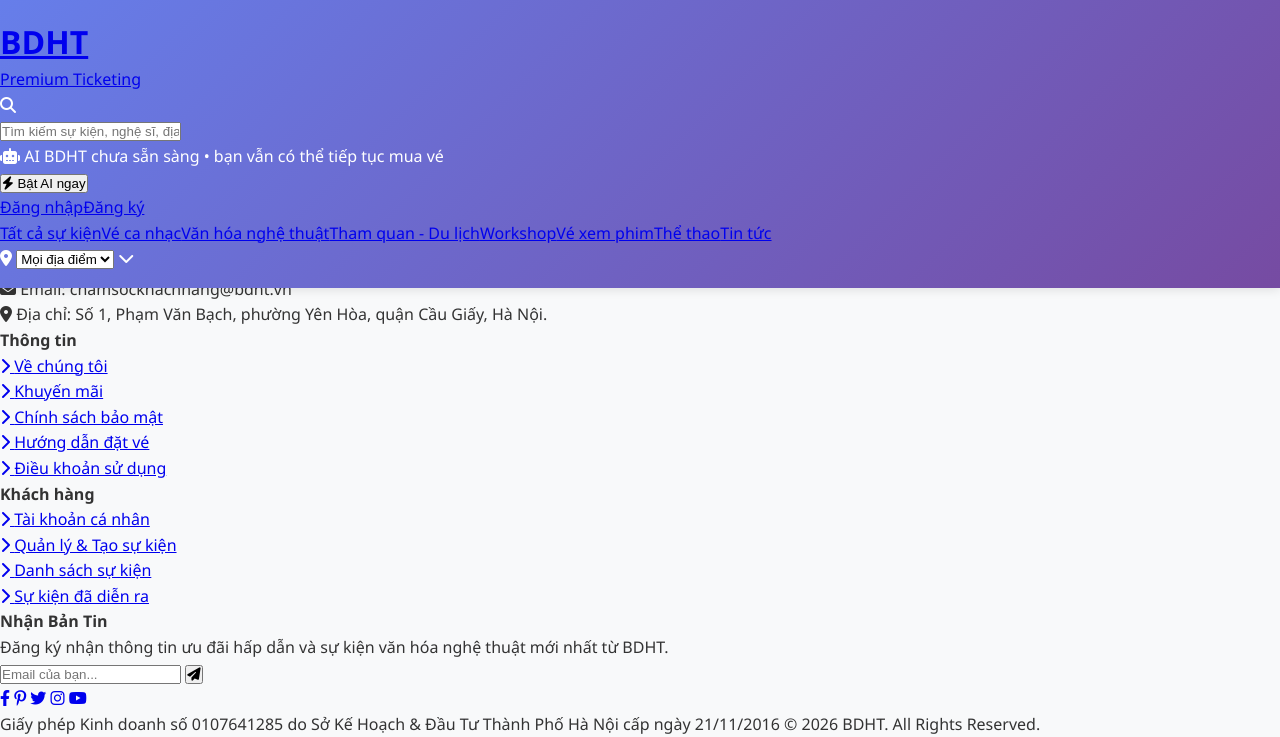
Repository: K23CNT1-TranTheBinh/K23CNT1_TranTheBinh_Project4_2310900012
Page: EventTicket_BDHT_Project/frontend-web/pages/user/info.html
These files come from the project's save history. The page is drawn as it stood at one moment and after the next save; the edit follows.
The browser window is 1280 px wide. The pictures show the whole page.
The page's requests for data from a server got no answer. Some web libraries are served in a nearby version.

Above is the page before, as saved 2026-05-24 17:30:09.

### EventTicket_BDHT_Project/frontend-web/pages/user/info.html
<!DOCTYPE html>
<html lang="vi">
<head>
    <meta charset="UTF-8">
    <meta name="viewport" content="width=device-width, initial-scale=1.0">
    <title>BDHT - Thông tin</title>
    <link rel="stylesheet" href="../../assets/css/style.css">
    <link rel="stylesheet" href="https://cdnjs.cloudflare.com/ajax/libs/font-awesome/6.4.0/css/all.min.css">
</head>
<body>
    <div id="header-container"></div>
    <main class="container" style="padding: 40px 0;">
        <section class="info-section">
            <h1 id="info-title">Thông tin BDHT</h1>
            <div id="info-content" style="margin-top: 24px; line-height: 1.8; color: #333;"></div>
        </section>
    </main>
    <div id="footer-container"></div>

    <script src="../../assets/js/core/api-client.js"></script>
    <script>
        document.addEventListener('DOMContentLoaded', function() {
            window.pageUtils.loadHeader();
            window.pageUtils.loadFooter();
            renderInfoPage();
        });

        function getQueryParam(name) {
            return new URLSearchParams(window.location.search).get(name);
        }

        function renderInfoPage() {
            const topic = getQueryParam('topic') || 'about';
            const infoTitle = document.getElementById('info-title');
            const infoContent = document.getElementById('info-content');

            const pages = {
                about: {
                    title: 'Về chúng tôi',
                    content: '<p>BDHT là nền tảng đặt vé sự kiện trực tuyến hàng đầu, cung cấp vé ca nhạc, thể thao, giải trí và du lịch với trải nghiệm nhanh chóng, an toàn và tiện lợi.</p><p>Chúng tôi luôn nỗ lực mang tới các chương trình hấp dẫn và dịch vụ chăm sóc khách hàng tận tâm.</p>'
                },
                privacy: {
                    title: 'Chính sách bảo mật và các điều khoản',
                    content: '<p>Chúng tôi cam kết bảo mật thông tin cá nhân của khách hàng và chỉ sử dụng dữ liệu để phục vụ dịch vụ đặt vé.</p><p>Thông tin của bạn sẽ không được chia sẻ cho bên thứ ba khi chưa có sự đồng ý.</p>'
                },
                'how-to-book': {
                    title: 'Hướng dẫn đặt vé',
                    content: '<ol><li>Chọn sự kiện yêu thích.</li><li>Chọn loại vé và số lượng.</li><li>Hoàn tất thanh toán và nhận mã vé qua email.</li></ol>'
                },
                faq: {
                    title: 'Các câu hỏi thường gặp',
                    content: '<p><strong>Q:</strong> Tôi có thể đổi trả vé không?<br><strong>A:</strong> Vé đã mua thường không đổi trả trừ khi có thông báo khác từ nhà tổ chức.</p><p><strong>Q:</strong> Làm sao nhận được vé?<br><strong>A:</strong> Vé sẽ được gửi qua email hoặc mã QR hiển thị trong app.</p>'
                },
                terms: {
                    title: 'Chính sách điều khoản sử dụng',
                    content: '<p>Việc sử dụng dịch vụ BDHT đồng nghĩa với việc bạn đồng ý tuân thủ các điều khoản và điều kiện của chúng tôi.</p><p>Xin vui lòng đọc kỹ trước khi đặt vé.</p>'
                },
                'submit-event': {
                    title: 'Gửi sự kiện',
                    content: '<p>Nếu bạn là nhà tổ chức và muốn hợp tác, hãy gửi thông tin sự kiện cho BDHT để được hỗ trợ triển khai bán vé.</p>'
                },
                'past-events': {
                    title: 'Sự kiện đã diễn ra',
                    content: '<p>Danh sách các sự kiện đã kết thúc. Thông tin vé và hình ảnh sự kiện sẽ được lưu trữ để bạn tham khảo.</p>'
                }
            };

            const page = pages[topic] || pages.about;
            infoTitle.innerText = page.title;
            infoContent.innerHTML = page.content;
        }
    </script>
</body>
</html>

### EventTicket_BDHT_Project/frontend-web/assets/css/style.css
/* EventTicket Frontend Styles */

/* Reset and Base Styles */
* {
    margin: 0;
    padding: 0;
    box-sizing: border-box;
}

body {
    font-family: 'Segoe UI', Tahoma, Geneva, Verdana, sans-serif;
    line-height: 1.6;
    color: #333;
    background-color: #f8f9fa;
}

header {
    background: linear-gradient(135deg, #667eea 0%, #764ba2 100%);
    color: white;
    padding: 1rem 0;
    position: fixed;
    width: 100%;
    top: 0;
    z-index: 1000;
    box-shadow: 0 2px 10px rgba(0,0,0,0.1);
}

main {
    margin-top: 80px;
    padding: 2rem;
    max-width: 1200px;
    margin-left: auto;
    margin-right: auto;
}

.container {
    max-width: 1200px;
    margin: 0 auto;
    padding: 0 1rem;
}

.btn {
    background: #667eea;
    color: white;
    padding: 0.75rem 1.5rem;
    border: none;
    border-radius: 5px;
    cursor: pointer;
    font-size: 1rem;
    transition: background 0.3s;
}

.btn:hover {
    background: #5a67d8;
}

.btn-danger {
    background: #e53e3e;
}

.btn-danger:hover {
    background: #c53030;
}

.card {
    background: white;
    border-radius: 10px;
    box-shadow: 0 4px 6px rgba(0,0,0,0.1);
    padding: 1.5rem;
    margin-bottom: 1.5rem;
}

.event-card {
    display: flex;
    gap: 1.5rem;
    margin-bottom: 2rem;
    padding: 1.5rem;
    border-radius: 10px;
    background: white;
    box-shadow: 0 4px 12px rgba(0,0,0,0.1);
    transition: transform 0.3s, box-shadow 0.3s;
}

.event-card:hover {
    transform: translateY(-5px);
    box-shadow: 0 8px 25px rgba(0,0,0,0.15);
}

/* Responsive */
@media (max-width: 768px) {
    .event-card {
        flex-direction: column;
    }

    main {
        padding: 1rem;
    }
}

/* Loading Spinner */
.loading {
    display: inline-block;
    width: 20px;
    height: 20px;
    border: 3px solid #f3f3f3;
    border-top: 3px solid #667eea;
    border-radius: 50%;
    animation: spin 1s linear infinite;
}

@keyframes spin {
    0% { transform: rotate(0deg); }
    100% { transform: rotate(360deg); }
}

### EventTicket_BDHT_Project/frontend-web/components/header.html
<!-- Header Component -->
<header class="w-full">
    <!-- Top Bar -->
    <div class="max-w-7xl mx-auto px-6 h-20 flex items-center justify-between gap-8">

        <!-- Logo -->
        <a href="pages/index.html" class="flex flex-col flex-shrink-0 group">
            <h1
                class="text-2xl font-extrabold text-gray-900 tracking-tight group-hover:text-brand-purple transition-colors">
                BDHT</h1>
            <p class="text-[9px] font-bold text-gray-400 uppercase tracking-widest mt-0.5" data-i18n="header.subtitle">
                Premium Ticketing</p>
        </a>

        <!-- Search -->
        <div class="hidden md:flex flex-1 max-w-xl">
            <div class="relative w-full group">
                <div class="absolute inset-y-0 left-0 pl-4 flex items-center pointer-events-none">
                    <i class="fas fa-search text-gray-400 group-focus-within:text-brand-purple transition-colors"></i>
                </div>
                <input id="header-search-keyword" type="text" placeholder="Tìm kiếm sự kiện, nghệ sĩ, địa điểm..." data-i18n="header.search_placeholder"
                    class="w-full pl-10 pr-4 py-2.5 bg-gray-50 border border-transparent rounded-full text-sm font-medium text-gray-900 focus:bg-white focus:border-gray-200 focus:ring-4 focus:ring-gray-100 outline-none transition-all duration-300">
            </div>
        </div>

        <!-- User Actions & Language -->
        <div class="flex items-center gap-6">
            <div class="hidden md:block">
                <div class="ai-status-shell rounded-full bg-gradient-to-r from-amber-200 via-orange-200 to-rose-200 p-[1px] shadow-[0_0_24px_rgba(251,191,36,0.32)] transition-all duration-300">
                    <div id="header-ai-status-pill"
                        class="hidden md:flex items-center gap-3 rounded-full border border-amber-200 bg-amber-50 px-3 py-1.5 text-[11px] font-bold text-amber-700 shadow-sm whitespace-nowrap">
                        <div class="flex items-center gap-2">
                            <span id="header-ai-status-dot" class="inline-block h-2 w-2 rounded-full bg-amber-500 animate-pulse"></span>
                            <span class="inline-flex items-center gap-1.5">
                                <i class="fas fa-robot text-[10px]"></i>
                                <span id="header-ai-status-text">Đang kiểm tra trợ lý AI...</span>
                            </span>
                        </div>
                        <button id="header-ai-cta" type="button"
                            class="hidden group items-center gap-1 rounded-full bg-gradient-to-r from-amber-400 via-orange-400 to-rose-400 px-2.5 py-1 text-[10px] font-bold text-slate-950 shadow-[0_8px_20px_rgba(249,115,22,0.28)] transition-all duration-300 hover:scale-105 hover:-translate-y-0.5">
                            <span class="inline-flex h-4 w-4 items-center justify-center rounded-full bg-slate-950/10">
                                <i class="fas fa-bolt text-[9px]"></i>
                            </span>
                            <span>Bật AI ngay</span>
                        </button>
                    </div>
                </div>
            </div>

            <div class="w-px h-6 bg-gray-200"></div>

            <!-- Auth Buttons -->
            <div id="guest-menu" class="flex items-center gap-3">
                <a href="pages/user/login.html" data-i18n="header.login"
                    class="text-sm font-bold text-gray-600 hover:text-gray-900 transition-colors px-2">Đăng nhập</a>
                <a href="pages/user/register.html" data-i18n="header.register"
                    class="bg-gray-900 hover:bg-brand-purple text-white text-sm font-bold px-5 py-2.5 rounded-full transition-all duration-300 hover:shadow-lg hover:-translate-y-0.5 active:translate-y-0">Đăng
                    ký</a>
            </div>

            <!-- User Menu (Hidden by default) -->
            <div id="user-menu" style="display: none;" class="relative items-center gap-3">
                <button type="button" id="user-dropdown-trigger"
                    class="flex items-center gap-3 outline-none border-none bg-transparent cursor-pointer group">
                    <span id="header-user-display-name"
                        class="text-sm font-bold text-gray-700 leading-tight group-hover:text-brand-purple transition-colors">User
                        Name</span>
                    <div id="header-user-avatar-char"
                        class="w-10 h-10 rounded-full bg-gradient-to-r from-brand-purple to-indigo-500 text-white font-extrabold text-sm flex items-center justify-center shadow-md group-hover:shadow-lg transition-all">
                        U
                    </div>
                    <i
                        class="fas fa-chevron-down text-[10px] text-gray-400 group-hover:text-brand-purple transition-colors"></i>
                </button>

                <!-- Dropdown Menu -->
                <div id="user-dropdown-menu"
                    class="hidden absolute right-0 top-12 w-56 bg-white border border-gray-100 rounded-2xl shadow-[0_10px_40px_rgba(0,0,0,0.08)] z-[100] py-2 flex flex-col overflow-hidden">
                    <a href="pages/user/profile.html"
                        class="px-5 py-3 text-sm font-bold text-gray-600 hover:bg-gray-50 hover:text-brand-purple transition-colors flex items-center gap-3">
                        <i class="far fa-user w-5 text-center text-gray-400"></i> <span data-i18n="header.profile">Hồ sơ
                            cá nhân</span>
                    </a>
                    <a href="pages/user/dashboard.html"
                        class="px-5 py-3 text-sm font-bold text-gray-600 hover:bg-gray-50 hover:text-brand-purple transition-colors flex items-center gap-3">
                        <i class="fas fa-ticket-alt w-5 text-center text-gray-400"></i> <span
                            data-i18n="header.my_events">Sự kiện của bạn</span>
                    </a>
                    <div class="h-px bg-gray-100 my-1 mx-3"></div>
                    <a href="javascript:void(0);" id="btn-logout"
                        class="px-5 py-3 text-sm font-bold text-red-500 hover:bg-red-50 transition-colors flex items-center gap-3">
                        <i class="fas fa-sign-out-alt w-5 text-center"></i> <span data-i18n="header.logout">Đăng
                            xuất</span>
                    </a>
                </div>
            </div>

        </div>
    </div>

    <!-- Navigation Bar -->
    <div class="bg-brand-purple w-full border-t border-purple-800/30">
        <div class="max-w-7xl mx-auto px-6 h-14 flex items-center justify-between">
            <div id="header-category-nav" class="flex items-center gap-8 overflow-x-auto scrollbar-hide">
                <span class="text-sm font-bold text-white/90">Đang tải danh mục...</span>
            </div>

            <div class="hidden lg:flex items-center gap-2 bg-white/10 px-4 py-1.5 rounded-full border border-white/20">
                <i class="fas fa-map-marker-alt text-white/70 text-xs"></i>
                <select id="header-location-filter"
                    class="bg-transparent text-white text-xs font-bold outline-none border-none cursor-pointer appearance-none pr-4 relative">
                    <option value="">Mọi địa điểm</option>
                </select>
                <i class="fas fa-chevron-down text-white/50 text-[10px] absolute right-4 pointer-events-none"></i>
            </div>
        </div>
    </div>
</header>

### EventTicket_BDHT_Project/frontend-web/components/footer.html
<footer class="bg-[#18182E] text-slate-350 border-t border-slate-800/80 pt-16 pb-8 transition-colors">
    <div class="max-w-7xl mx-auto px-6">
        <!-- 4-Column Grid Structure -->
        <div class="grid grid-cols-1 md:grid-cols-4 gap-8 md:gap-12 pb-12">

            <!-- Column 1: Liên Hệ Hợp Tác -->
            <div class="flex flex-col gap-4">
                <h4 class="text-xs font-black uppercase text-brand-orange tracking-widest border-b border-slate-800 pb-2" data-i18n="footer.col_contact_title">
                    Liên Hệ Hợp Tác
                </h4>
                <ul class="flex flex-col gap-2.5 text-xs text-slate-300 font-medium">
                    <li class="flex items-start gap-2">
                        <i class="fas fa-phone-alt text-brand-orange mt-0.5"></i>
                        <span data-i18n="footer.phone">Điện thoại: 0243.788.00.99 (8:30 - 17:00)</span>
                    </li>
                    <li class="flex items-start gap-2">
                        <i class="fas fa-headset text-brand-orange mt-0.5"></i>
                        <span data-i18n="footer.hotline">Hotline: 08.999.80.818</span>
                    </li>
                    <li class="flex items-start gap-2">
                        <i class="fas fa-envelope text-brand-orange mt-0.5"></i>
                        <span class="hover:text-brand-orange transition cursor-pointer" data-i18n="footer.email">Email: chamsockhachhang@bdht.vn</span>
                    </li>
                    <li class="flex items-start gap-2">
                        <i class="fas fa-map-marker-alt text-brand-orange mt-0.5"></i>
                        <span class="leading-relaxed" data-i18n="footer.address">Địa chỉ: Số 1, Phạm Văn Bạch, phường Yên Hòa, quận Cầu Giấy, Hà Nội.</span>
                    </li>
                </ul>
            </div>

            <!-- Column 2: Thông tin -->
            <div class="flex flex-col gap-4">
                <h4 class="text-xs font-black uppercase text-brand-orange tracking-widest border-b border-slate-800 pb-2" data-i18n="footer.col_info_title">
                    Thông tin
                </h4>
                <ul class="flex flex-col gap-2.5 text-xs font-medium text-slate-300">
                    <li>
                        <a href="pages/user/info.html?topic=about" class="hover:text-brand-orange transition-all duration-250 flex items-center gap-1.5 group">
                            <i class="fas fa-chevron-right text-[8px] text-slate-600 group-hover:text-brand-orange transition-colors"></i>
                            <span data-i18n="footer.info_about">Về chúng tôi</span>
                        </a>
                    </li>
                    <li>
                        <a href="pages/user/promotion.html" class="hover:text-brand-orange transition-all duration-250 flex items-center gap-1.5 group">
                            <i class="fas fa-chevron-right text-[8px] text-slate-600 group-hover:text-brand-orange transition-colors"></i>
                            <span data-i18n="footer.info_promo">Khuyến mãi</span>
                        </a>
                    </li>
                    <li>
                        <a href="pages/user/info.html?topic=privacy" class="hover:text-brand-orange transition-all duration-250 flex items-center gap-1.5 group">
                            <i class="fas fa-chevron-right text-[8px] text-slate-600 group-hover:text-brand-orange transition-colors"></i>
                            <span data-i18n="footer.info_privacy">Chính sách bảo mật</span>
                        </a>
                    </li>
                    <li>
                        <a href="pages/user/info.html?topic=how-to-book" class="hover:text-brand-orange transition-all duration-250 flex items-center gap-1.5 group">
                            <i class="fas fa-chevron-right text-[8px] text-slate-600 group-hover:text-brand-orange transition-colors"></i>
                            <span data-i18n="footer.info_guide">Hướng dẫn đặt vé</span>
                        </a>
                    </li>
                    <li>
                        <a href="pages/user/info.html?topic=terms" class="hover:text-brand-orange transition-all duration-250 flex items-center gap-1.5 group">
                            <i class="fas fa-chevron-right text-[8px] text-slate-600 group-hover:text-brand-orange transition-colors"></i>
                            <span data-i18n="footer.info_terms">Điều khoản sử dụng</span>
                        </a>
                    </li>
                </ul>
            </div>

            <!-- Column 3: Khách hàng -->
            <div class="flex flex-col gap-4">
                <h4 class="text-xs font-black uppercase text-brand-orange tracking-widest border-b border-slate-800 pb-2" data-i18n="footer.col_customer_title">
                    Khách hàng
                </h4>
                <ul class="flex flex-col gap-2.5 text-xs font-medium text-slate-300">
                    <li>
                        <a href="pages/user/profile.html" class="hover:text-brand-orange transition-all duration-250 flex items-center gap-1.5 group">
                            <i class="fas fa-chevron-right text-[8px] text-slate-600 group-hover:text-brand-orange transition-colors"></i>
                            <span data-i18n="footer.cust_profile">Tài khoản cá nhân</span>
                        </a>
                    </li>
                    <li>
                        <a href="pages/user/dashboard.html" class="hover:text-brand-orange transition-all duration-250 flex items-center gap-1.5 group">
                            <i class="fas fa-chevron-right text-[8px] text-slate-600 group-hover:text-brand-orange transition-colors"></i>
                            <span data-i18n="footer.cust_manage">Quản lý & Tạo sự kiện</span>
                        </a>
                    </li>
                    <li>
                        <a href="pages/index.html" class="hover:text-brand-orange transition-all duration-250 flex items-center gap-1.5 group">
                            <i class="fas fa-chevron-right text-[8px] text-slate-600 group-hover:text-brand-orange transition-colors"></i>
                            <span data-i18n="footer.cust_events">Danh sách sự kiện</span>
                        </a>
                    </li>
                    <li>
                        <a href="pages/user/info.html?topic=past-events" class="hover:text-brand-orange transition-all duration-250 flex items-center gap-1.5 group">
                            <i class="fas fa-chevron-right text-[8px] text-slate-600 group-hover:text-brand-orange transition-colors"></i>
                            <span data-i18n="footer.cust_past">Sự kiện đã diễn ra</span>
                        </a>
                    </li>
                </ul>
            </div>

            <!-- Column 4: Đăng ký nhận email -->
            <div class="flex flex-col gap-4">
                <h4 class="text-xs font-black uppercase text-brand-orange tracking-widest border-b border-slate-800 pb-2" data-i18n="footer.col_newsletter_title">
                    Nhận Bản Tin
                </h4>
                <p class="text-[11px] text-slate-400 font-bold leading-normal" data-i18n="footer.newsletter_desc">
                    Đăng ký nhận thông tin ưu đãi hấp dẫn và sự kiện văn hóa nghệ thuật mới nhất từ BDHT.
                </p>
                <div class="flex items-center bg-slate-800/60 border border-slate-700/65 rounded-xl p-1 focus-within:border-brand-orange transition-all">
                    <input
                        type="email"
                        id="subscribe-email-input"
                        placeholder="Email của bạn..."
                        data-i18n-placeholder="footer.email_placeholder"
                        class="bg-transparent text-xs text-white font-medium px-2.5 py-2 w-full outline-none placeholder-slate-500"
                    />
                    <button
                        type="button"
                        id="subscribe-btn"
                        class="bg-brand-orange hover:bg-brand-orangeHover text-white w-9 h-9 flex items-center justify-center rounded-lg transition-colors flex-shrink-0"
                    >
                        <i class="fas fa-paper-plane text-xs"></i>
                    </button>
                </div>

                <!-- Social Networking Icons -->
                <div class="flex items-center gap-2 mt-2">
                    <a href="javascript:void(0);" class="w-8 h-8 rounded-lg bg-slate-800 hover:bg-[#3b5998] hover:text-white flex items-center justify-center text-xs text-slate-400 transition-all"><i class="fab fa-facebook-f"></i></a>
                    <a href="javascript:void(0);" class="w-8 h-8 rounded-lg bg-slate-800 hover:bg-[#bd081c] hover:text-white flex items-center justify-center text-xs text-slate-400 transition-all"><i class="fab fa-pinterest-p"></i></a>
                    <a href="javascript:void(0);" class="w-8 h-8 rounded-lg bg-slate-800 hover:bg-[#1da1f2] hover:text-white flex items-center justify-center text-xs text-slate-400 transition-all"><i class="fab fa-twitter"></i></a>
                    <a href="javascript:void(0);" class="w-8 h-8 rounded-lg bg-slate-800 hover:bg-[#c32aa3] hover:text-white flex items-center justify-center text-xs text-slate-400 transition-all"><i class="fab fa-instagram"></i></a>
                    <a href="javascript:void(0);" class="w-8 h-8 rounded-lg bg-slate-800 hover:bg-[#ff0000] hover:text-white flex items-center justify-center text-xs text-slate-400 transition-all"><i class="fab fa-youtube"></i></a>
                </div>
            </div>

        </div>

        <!-- License & Copyright Block -->
        <div class="border-t border-slate-800/80 pt-8 flex flex-col md:flex-row items-center justify-between gap-4">
            <span class="text-[10px] text-slate-500 font-bold tracking-wide uppercase text-center md:text-left leading-relaxed" data-i18n="footer.license">
                Giấy phép Kinh doanh số 0107641285 do Sở Kế Hoạch & Đầu Tư Thành Phố Hà Nội cấp ngày 21/11/2016
            </span>
            <span class="text-[10px] text-slate-550 font-extrabold uppercase text-center md:text-right">
                &copy; 2026 BDHT. All Rights Reserved.
            </span>
        </div>
    </div>
</footer>

Loaded but not shown: EventTicket_BDHT_Project/frontend-web/assets/js/ai-chat.js (660 lines, source omitted); EventTicket_BDHT_Project/frontend-web/assets/js/core/api-client.js (631 lines, source omitted)

After the next save:
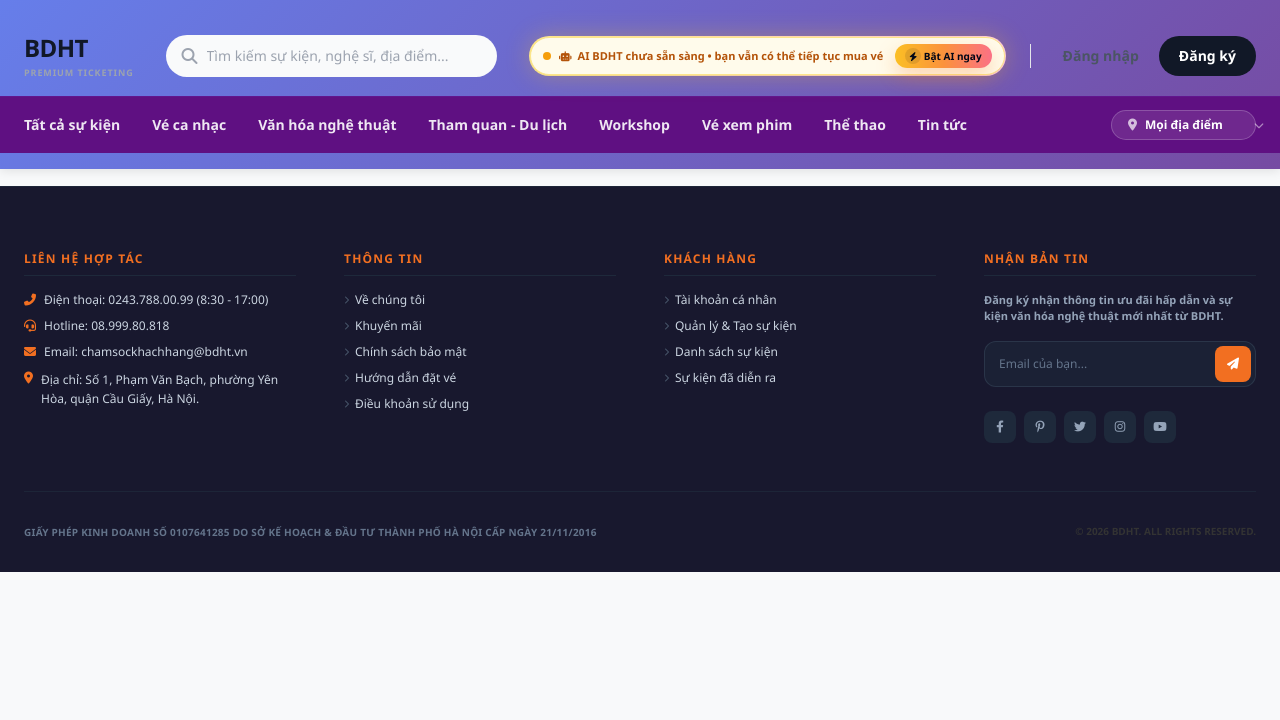
Saved 31 s later.
--- a/EventTicket_BDHT_Project/frontend-web/pages/user/info.html
+++ b/EventTicket_BDHT_Project/frontend-web/pages/user/info.html
@@ -4,6 +4,19 @@
     <meta charset="UTF-8">
     <meta name="viewport" content="width=device-width, initial-scale=1.0">
     <title>BDHT - Thông tin</title>
+    <!-- Tailwind CSS CDN -->
+    <script src="https://cdn.tailwindcss.com"></script>
+    <script>
+        tailwind.config = {
+            theme: {
+                extend: {
+                    colors: { brand: { purple: '#5f1082', orange: '#f26f21' } },
+                    fontFamily: { sans: ['Poppins', 'sans-serif'] }
+                }
+            }
+        }
+    </script>
+    <link href="https://fonts.googleapis.com/css2?family=Poppins:wght@300;400;500;600;700;800;900&display=swap" rel="stylesheet">
     <link rel="stylesheet" href="../../assets/css/style.css">
     <link rel="stylesheet" href="https://cdnjs.cloudflare.com/ajax/libs/font-awesome/6.4.0/css/all.min.css">
 </head>
